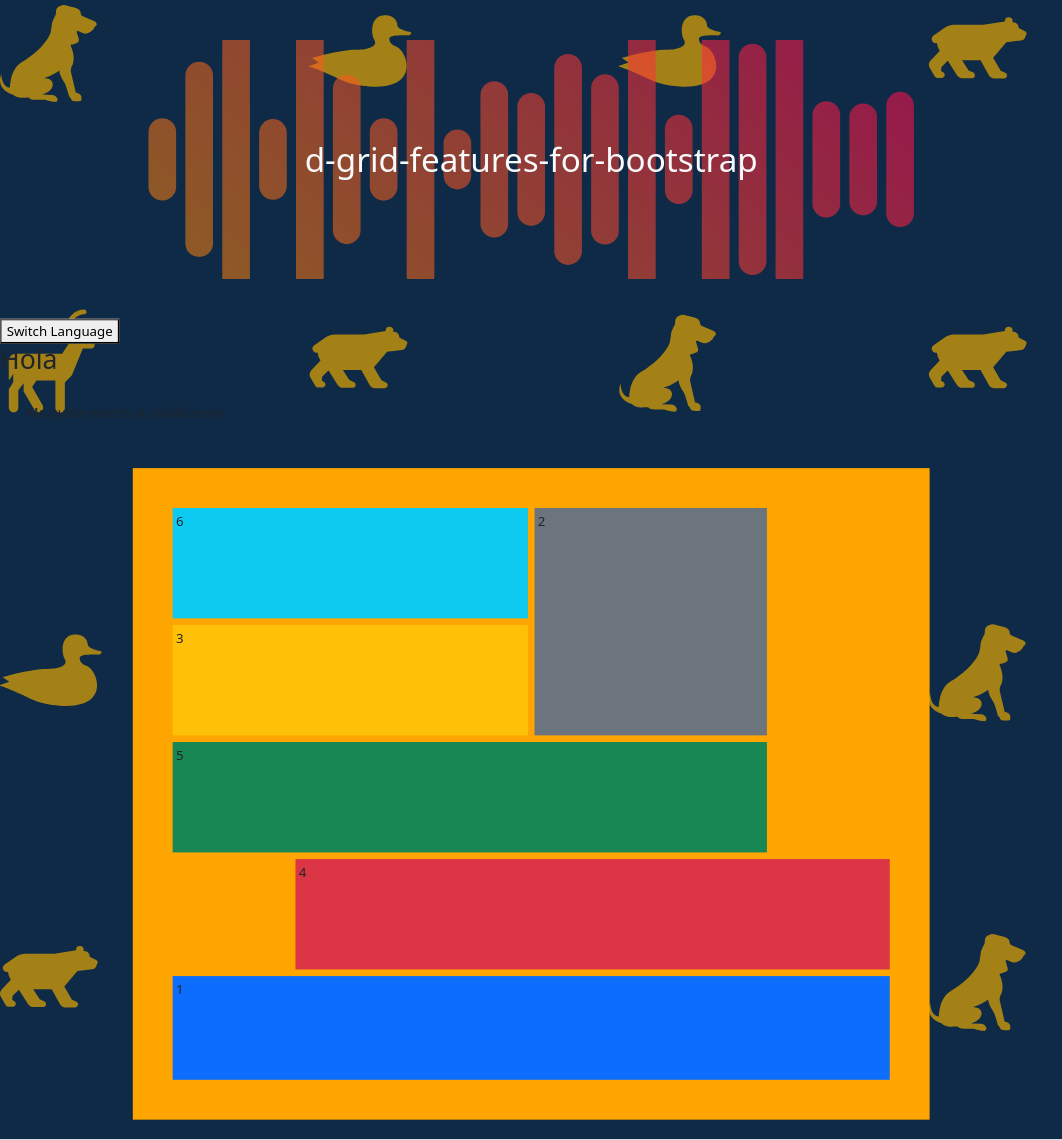
Repository: LynxPardelle/d-grid-features-for-bootstrap
Page: index.html
The author's editor kept a copy of each file at every save. The page is drawn from the files as they stood at one save, then again after the next save.
The browser window is 1280 px wide. The pictures show the whole page, at 83% of full size.

Above is the page before, as saved 2021-10-20 23:34:43.

After the next save:
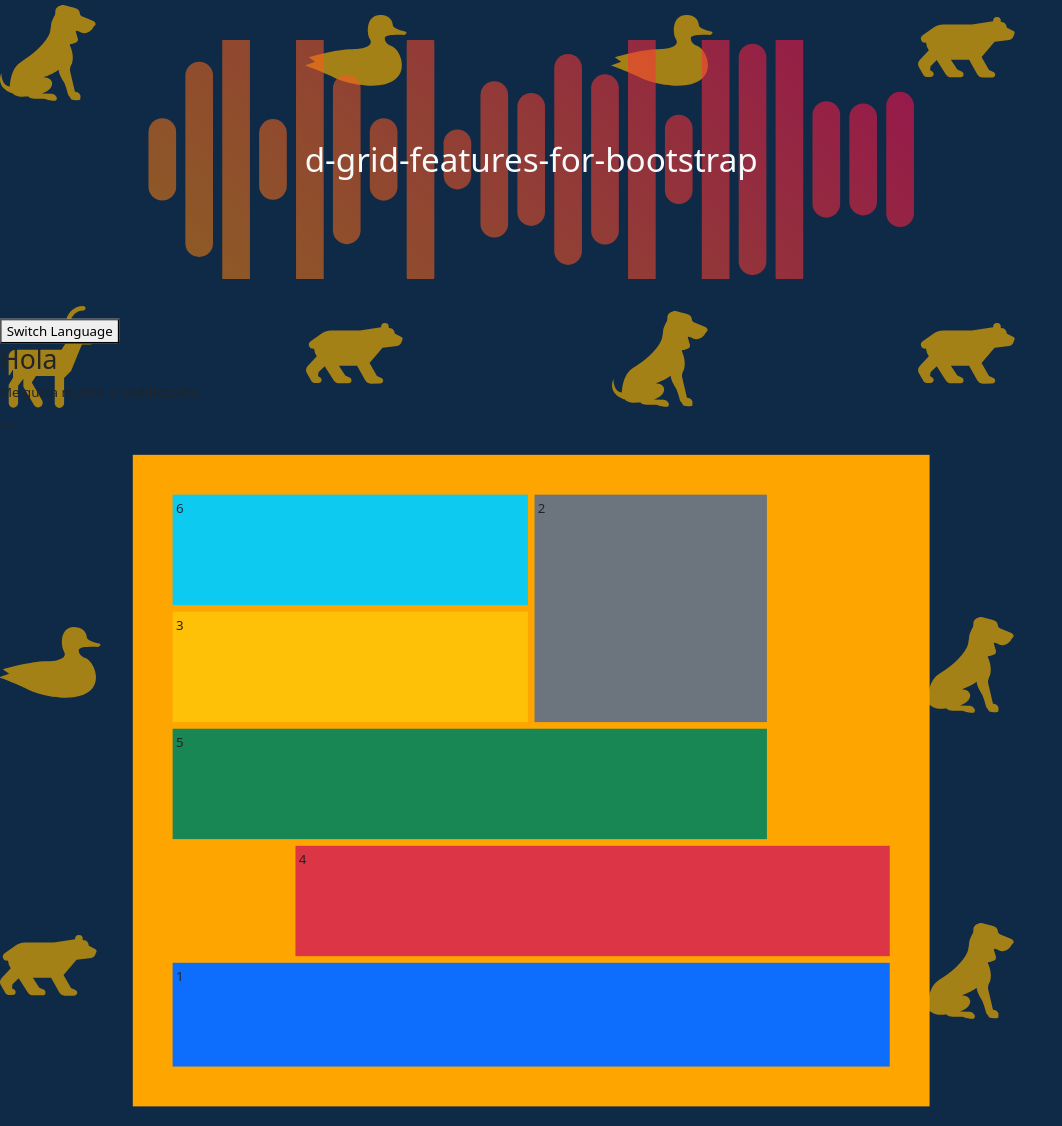
Saved 11 s later.
--- a/index.html
+++ b/index.html
@@ -36,9 +36,10 @@
 
     <h2><span data-lang="en">Hello</span> <span data-lang="es">Hola</span></h2>
 
-    <div class="p-3 m-3">
+    <div>
       <p data-lang="en">I really enjoy coding.</p>
       <p data-lang="es">Me gusta mucho la codificación.</p>
+    </div>p>
     </div>
 
     <!-- <section class="d-grid bg-dark" data-gfbs data-gfbs-gtc="repeat(4, 1fr)" data-gfbs-gtr="repeat(2, 50px)" > -->
